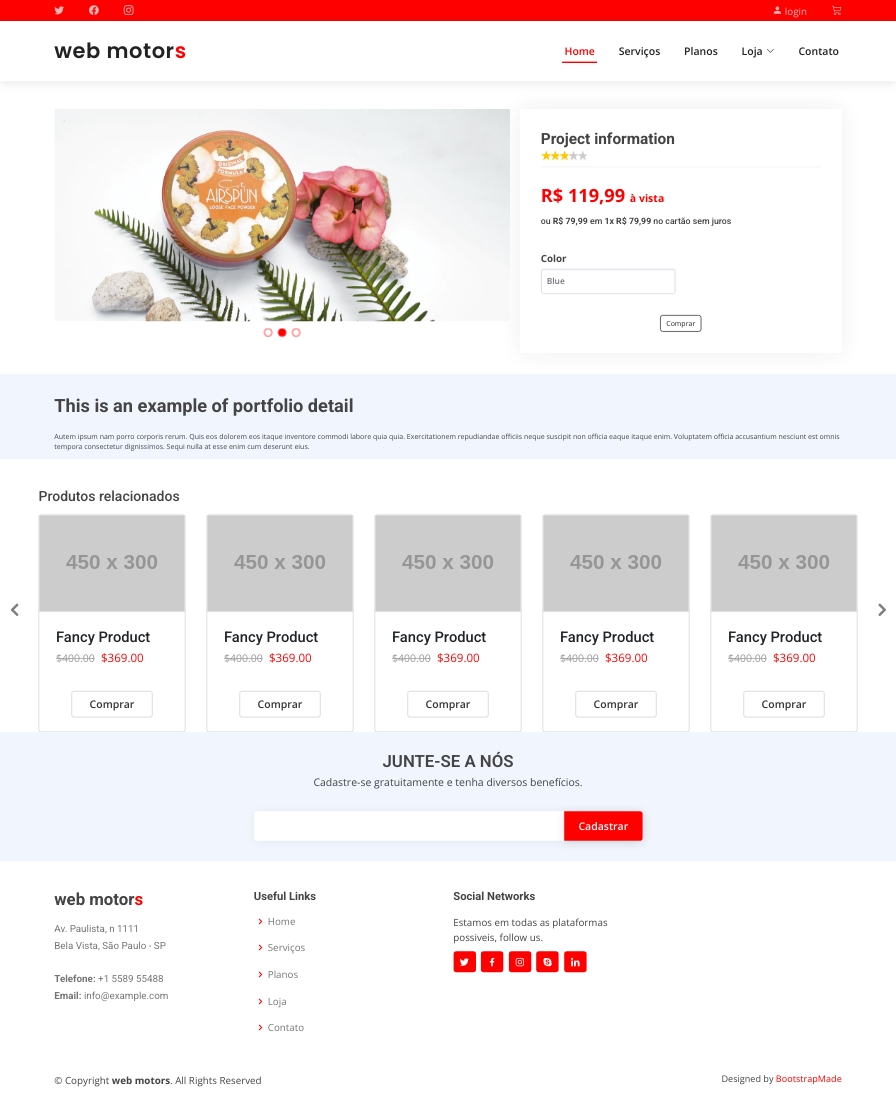
Repository: 01nethy/WebMotors
Page: details.html
These files come from the project's save history. The page is drawn as it stood at one moment and after the next save; the edit follows.
The browser window is 1280 px wide. The pictures show the whole page, at 70% of full size.

Above is the page before, as saved 2023-12-08 15:23:48.

After the next save:
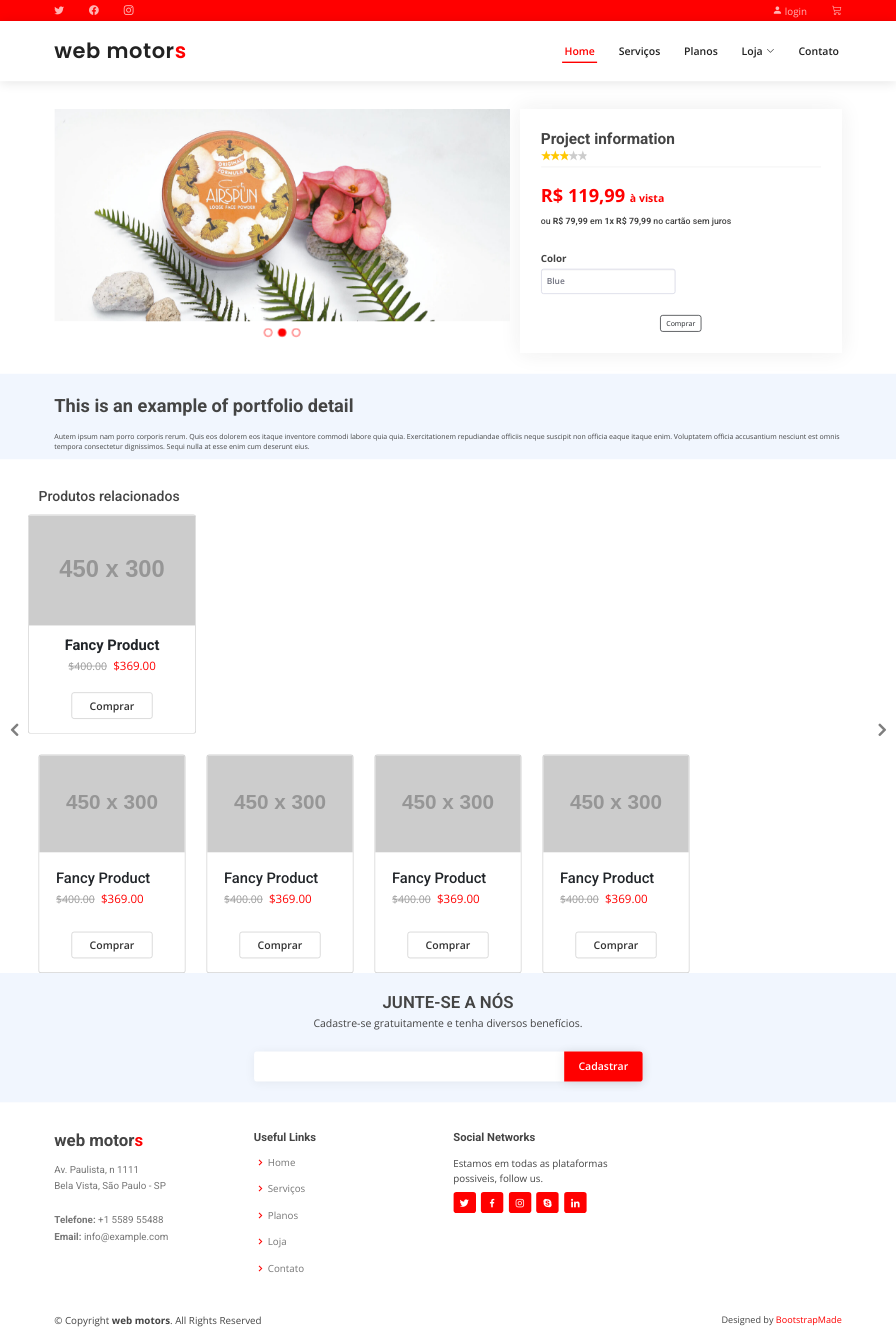
Saved 28 min 39 s later.
--- a/details.html
+++ b/details.html
@@ -179,16 +179,17 @@
         <h2 class="px-4 mb-4">Produtos relacionados</h2>
         <div class="item carousel-item active">
           <div class="row-cols-2 row-cols-xl-5 ">
-            <div class="col-sm-2">
-              <div class="card h-100">
-                <img class="img-responsive img-fluid" src="https://dummyimage.com/450x300/dee2e6/6c757d.jpg" alt="...">
-                <div class="thumb-content">
-                  <!-- Product name-->
-                  <h4 class="">Fancy Product</h4>
-                  <p class="item-price">
-                    <strike>$400.00</strike> <span>$369.00</span>
-                  </p>
-                </div>
+            <div class="col mb-5">
+              <div class="card h-100">
+                <img class="card-img-top" src="https://dummyimage.com/450x300/dee2e6/6c757d.jpg" alt="..." />
+                <div class="p-4">
+                <div class="text-center">
+                  <h4 class="fw-bolder">Fancy Product</h4>
+                  <p class="item-price">
+                    <strike>$400.00</strike> <span>$369.00</span>
+                  </p>
+                </div>
+              </div>
                 <div class="card-footer p-4 pt-0 border-top-0 bg-transparent">
                   <div class="text-center"><a class="btn btn-outline-dark mt-auto" href="#">Comprar</a>
                   </div>
@@ -321,7 +322,6 @@
       <a class="carousel-control right carousel-control-next" href="#myCarousel" data-slide="next">
         <i class="fa fa-angle-right"></i>
       </a>
-
     </div>
   </main><!-- End #main -->
 
